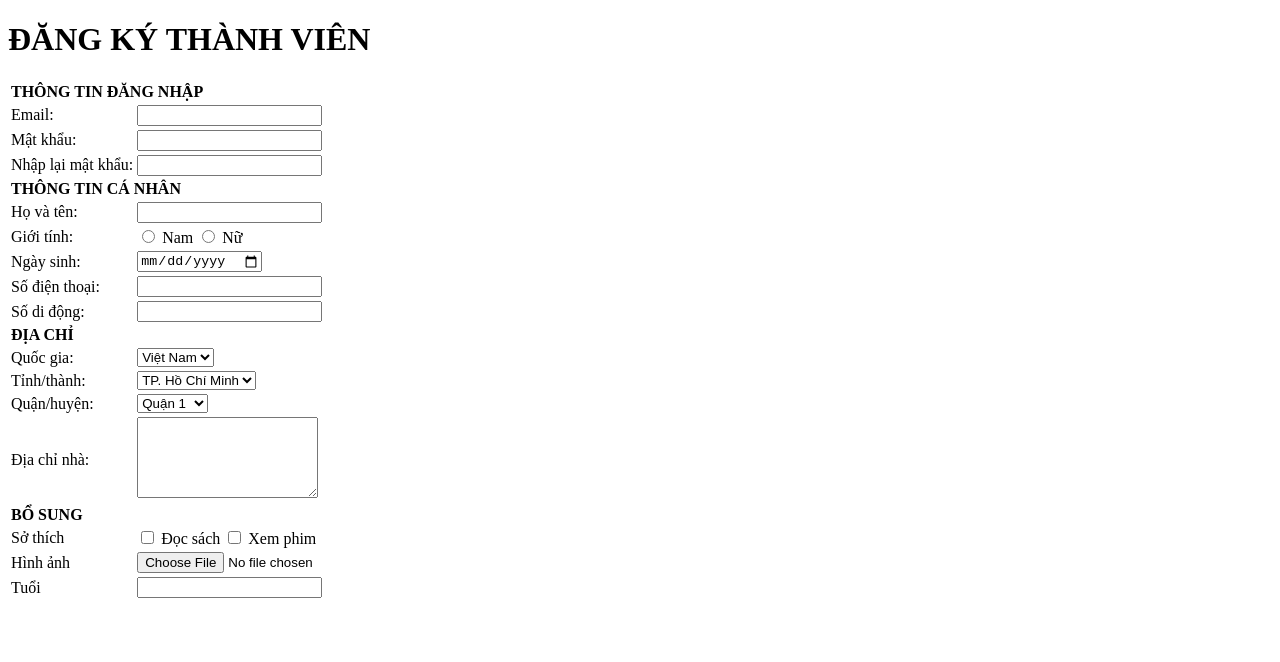
Repository: vnmk1/jsp_servlet-tutorials
Page: Bai2_HTML/src/main/webapp/register.html
An editor plug-in stored every save of this project. The page is shown before and after the next save, followed by the edit.
The browser window is 1280 px wide. The pictures show the whole page.

Above is the page before, as saved 2023-07-15 09:45:38.

After the next save:
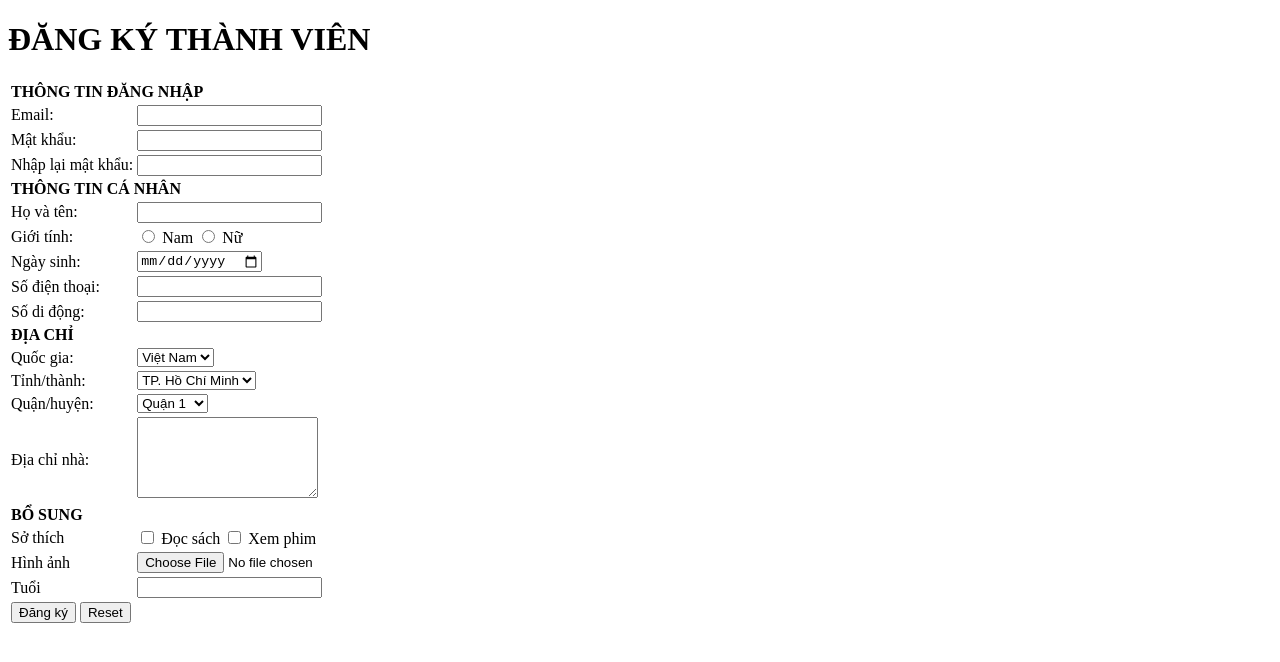
Saved 2 min 46 s later.
--- a/Bai2_HTML/src/main/webapp/register.html
+++ b/Bai2_HTML/src/main/webapp/register.html
@@ -115,6 +115,12 @@
 				<input type="number" name="tuoi" id="idTuoi" min="0">
 			</td>
 		</tr>
+		<tr>
+			<td colspan="2">
+				<input type="submit" value="Đăng ký">
+				<input type="reset" value="Reset">
+			</td>
+		</tr>
 	</tbody>
 </table>
 </body>
